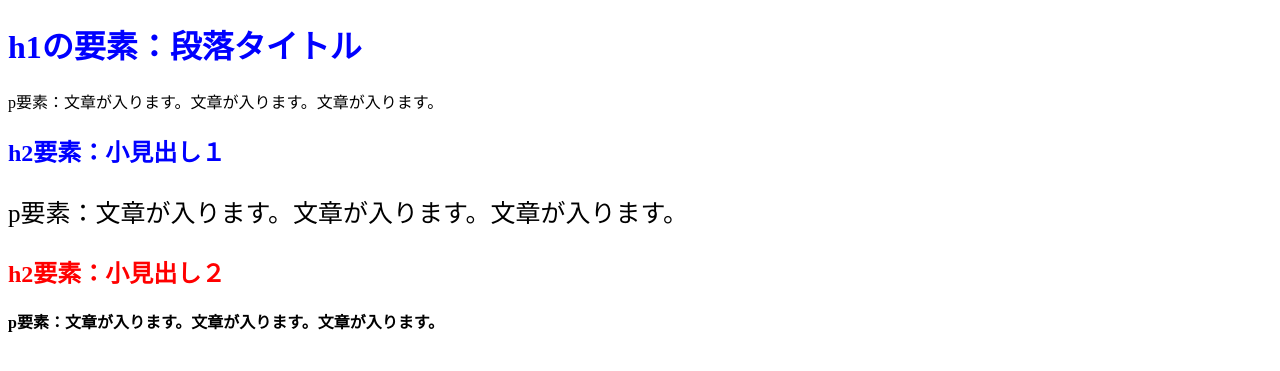
Repository: MoriTaiki1107/samurai_HTML-CSS
Page: index.html
The author's editor kept a record of every edit. The page is drawn from the files as they stood at one moment, then again after the next edit.
The browser window is 1280 px wide. The pictures show the whole page.

Above is the page before.

After the next edit:
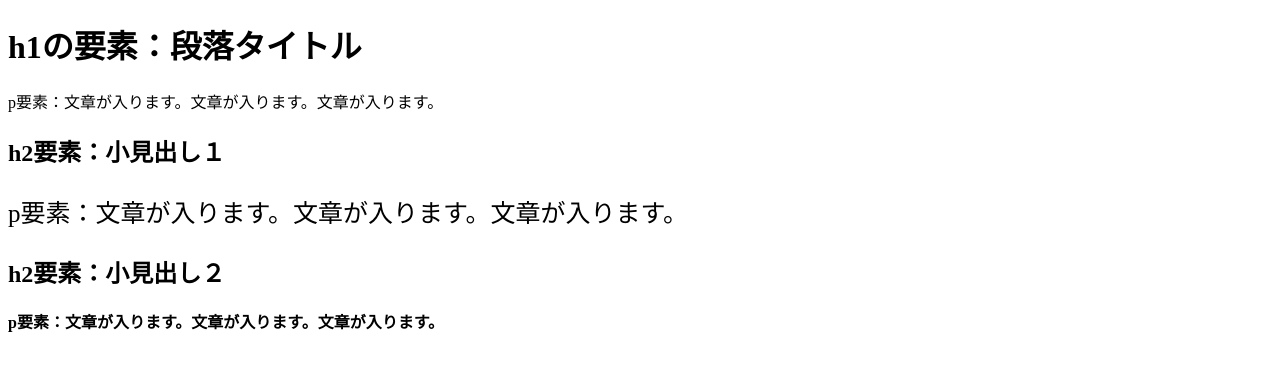
The edit:
--- a/index.html
+++ b/index.html
@@ -3,14 +3,6 @@
 <head>
     <meta charset="UTF-8">
     <title>HTML/CSSの学習</title>
-    <style>
-        #red{
-            color: red;
-        }
-        .blue{
-            color: blue;
-        }
-    </style>
 </head>
 <body>
     <h1 class="blue">h1の要素：段落タイトル</h1>
